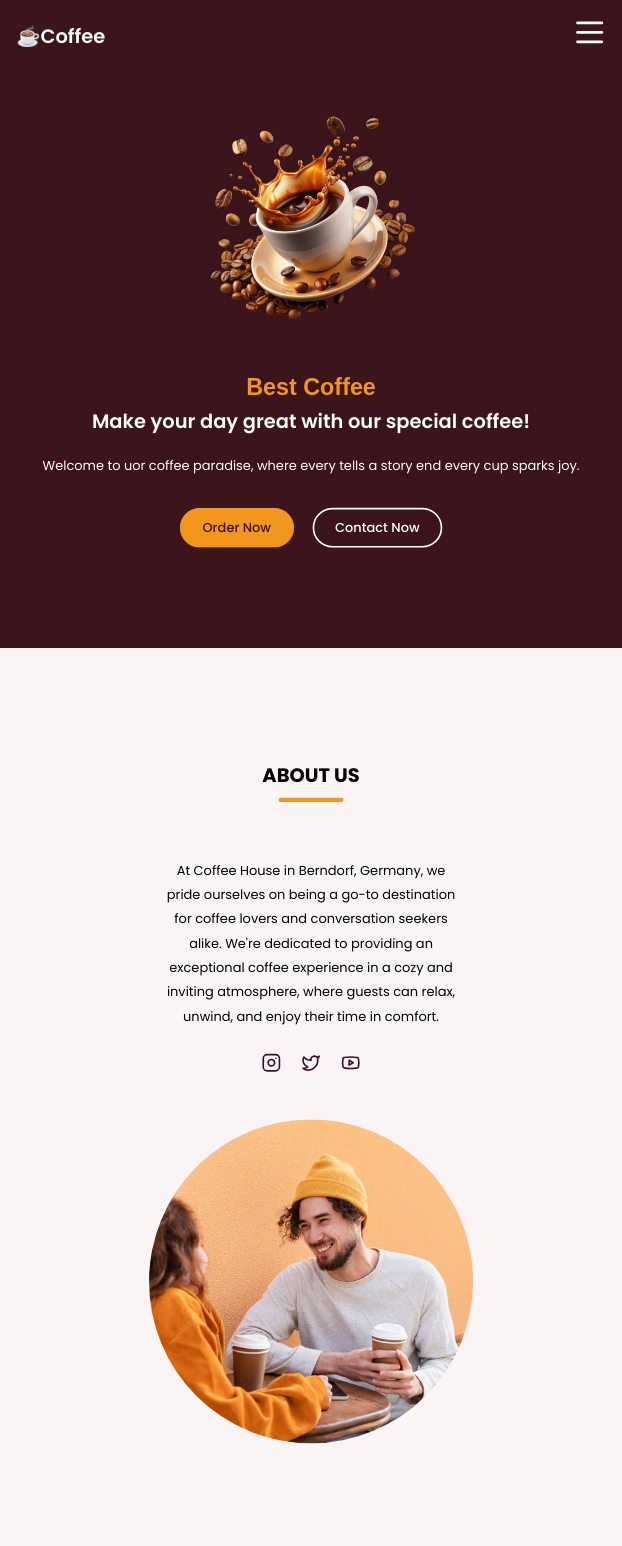
Repository: guilhermecardoso93/coffe-site-vite
Page: /
An editor plug-in stored every save of this project. The page is shown before and after the next save, followed by the edit.
The browser window is 768 px wide. The pictures show the whole page, at 81% of full size.
Some web fonts or font styles are not loaded; a fallback is used. The project was rebuilt for these pictures with package versions that can differ from the ones it lists, and the page was loaded fresh each time. Also part of the build but not shown: vite.config.js.

Above is the page before, as saved 2024-11-20 12:40:47.

### index.html
<!doctype html>
<html lang="en">

<head>
    <meta charset="UTF-8" />
    <link rel="icon" type="image/svg+xml" href="/vite.svg" />
    <link rel="preconnect" href="https://fonts.googleapis.com">
    <link rel="preconnect" href="https://fonts.gstatic.com" crossorigin>
    <link href="https://fonts.googleapis.com/css2?family=Miniver&family=Poppins:ital,wght@0,100;0,200;0,300;0,400;0,500;0,600;0,700;0,800;0,900;1,100;1,200;1,300;1,400;1,500;1,600;1,700;1,800;1,900&display=swap" rel="stylesheet">
    <meta name="viewport" content="width=device-width, initial-scale=1.0" />
    <title>Coffee WebSite</title>
</head>

<body>
    <div id="root"></div>
    <script type="module" src="/src/main.jsx"></script>
</body>

</html>

### src/main.jsx
import { StrictMode } from "react";
import { createRoot } from "react-dom/client";
import { App } from "./App.jsx";

import "./index.css";

createRoot(document.getElementById("root")).render(
  <StrictMode>
    <App />
  </StrictMode>
);

### src/App.jsx
import { Navbar } from "./components/Navbar";
import { Hero } from "./components/Hero";
import { About } from "./components/About";

export function App() {
  return (
    <>
      <Navbar />
      <Hero />
      <About />
    </>
  );
}

### src/index.css
:root {
  font-synthesis: none;
  text-rendering: optimizeLegibility;
  -webkit-font-smoothing: antialiased;
  -moz-osx-font-smoothing: grayscale;

  --white-color: #fff;
  --dark-color: #252525;
  --primary-color: #3b141c;
  --secondary-color: #f3961c;
  --light-pink-color: #faf4f5;
  --medium-gray-color: #ccc;

  --font-size-s: 0.9rem;
  --font-size-n: 1rem;
  --font-size-m: 1.12rem;
  --font-size-l: 1.5rem;
  --font-size-xl: 2rem;
  --font-size-xxl: 2.3rem;

  --font-weight-normal: 400;
  --font-weight-medium: 500;
  --font-weight-semibold: 600;
  --font-weight-bold: 700;

  --border-radius-s: 8px;
  --border-radius-m: 30px;
  --border-radius-circle: 50%;

  --site-max-width: 1300px;
}

* {
  padding: 0;
  margin: 0;
  box-sizing: border-box;
  font-family: "Poppins", sans-serif;
}

ul {
  list-style: none;
}

a {
  text-decoration: none;
}

button {
  cursor: pointer;
  border: none;
  background-color: none;
}

img {
  width: 100%;
}

.section-content {
  margin: 0 auto;
  padding: 0 20px;
  max-width: var(--site-max-width);
}

.section-title {
  text-align: center;
  padding: 20px 0;
  text-transform: uppercase;
  font-size: var(--font-size-xl);
}

.section-title::after {
  content: '';
  width: 80px;
  height: 5px;
  display: block;
  margin: 10px auto 0;
  border-radius: var(--border-radius-s);
  background-color: var(--secondary-color);
}


@media screen and (max-width: 900px) {
  :root {
    --font-size-s: 0.9rem;
    --font-size-n: 1rem;
    --font-size-m: 1rem;
    --font-size-l: 1.3rem;
    --font-size-xl: 1.5rem;
    --font-size-xxl: 1.8rem;
  }
}

### src/components/Navbar/index.jsx
import { useState } from "react";
import { AlignJustify, X } from "lucide-react";
import "./styles.css";

export function Navbar() {
  // Estado para controlar a visibilidade do menu
  const [isMobileMenuOpen, setMobileMenuOpen] = useState(false);

  // Alternar o estado do menu
  const toggleMobileMenu = () => {
    setMobileMenuOpen((prevState) => !prevState);
    document.body.classList.toggle("show-mobile-menu", !isMobileMenuOpen); // Para adicionar/remover a classe no body
  };

  return (
    <header>
      <nav className="navbar section-content">
        <a href="/" className="nav-logo">
          <h2 className="logo-text">☕Coffee</h2>
        </a>
        {/* Menu com classe condicional */}
        <ul className={`nav-menu ${isMobileMenuOpen ? "show-mobile-menu" : ""}`}>
          <button id="menu-close-button" onClick={toggleMobileMenu}>
            <X color="black" size={40} />
          </button>
          <li className="nav-item">
            <a href="/" className="nav-link">
              Home
            </a>
          </li>
          <li className="nav-item">
            <a href="/about" className="nav-link">
              About
            </a>
          </li>
          <li className="nav-item">
            <a href="/menu" className="nav-link">
              Menu
            </a>
          </li>
          <li className="nav-item">
            <a href="/gallery" className="nav-link">
              Gallery
            </a>
          </li>
          <li className="nav-item">
            <a href="/contact" className="nav-link">
              Contact
            </a>
          </li>
        </ul>
        {/* Botão para abrir o menu */}
        <button id="menu-open-button" onClick={toggleMobileMenu}>
          <AlignJustify color="white" size={40} />
        </button>
      </nav>
    </header>
  );
}

### src/components/Hero/index.jsx
import heroImg from "../../assets/images/coffee-hero-section.png";
import "./styles.css";

export function Hero() {
  return (
    <main>
      <section className="hero-section">
        <div className="section-content-hero">
          <div className="hero-details">
            <h2 className="title">Best Coffee</h2>
            <h3 className="subtitle">
              Make your day great with our special coffee!
            </h3>
            <p className="description">
              Welcome to uor coffee paradise, where every tells a story end
              every cup sparks joy.
            </p>
            <div className="buttons">
              <a href="#" className="button order-now">
                {" "}
                Order Now
              </a>
              <a href="#" className="button contact-us">
                {" "}
                Contact Now
              </a>
            </div>
          </div>
          <div className="hero-image-wrapper">
            <img src={heroImg} alt="" className="hero-image" />
          </div>
        </div>
      </section>
    </main>
  );
}

### src/components/About/index.jsx
import { Instagram, Twitter, Youtube } from "lucide-react";
import AboutImg from "../../assets/images/about-image.jpg";
import "./styles.css";
export function About() {
  return (
    <section className="about-section" id="about">
      <div className="section-content">
        <div className="about-image-wrapper">
          <img src={AboutImg} alt="" className="about-image" />
        </div>
        <div className="about-details">
          <h2 className="section-title">About Us</h2>
          <p>
            At Coffee House in Berndorf, Germany, we pride ourselves on being a
            go-to destination for coffee lovers and conversation seekers alike.
            We're dedicated to providing an exceptional coffee experience in a
            cozy and inviting atmosphere, where guests can relax, unwind, and
            enjoy their time in comfort.
          </p>
          <div className="social-link-list">
            <a href="" className="social-link">
              <Instagram />
            </a>
            <a href="" className="social-link">
              <Twitter />
            </a>
            <a href="" className="social-link">
              <Youtube />
            </a>
          </div>
        </div>
      </div>
    </section>
  );
}

### src/components/Navbar/styles.css
header {
  position: fixed;
  width: 100%;
  z-index: 5;
  background-color: var(--primary-color);
}

header .navbar {
  display: flex;
  align-items: center;
  justify-content: space-between;
  padding: 20px;
}

.navbar .nav-logo .logo-text {
  color: var(--white-color);
  font-size: var(--font-size-xl);
  font-weight: var(--font-weight-semibold);
}

/* Menu principal */
.navbar .nav-menu {
  display: flex;
  gap: 10px;
  transition: transform 0.3s ease;
}

body.show-mobile-menu .nav-menu {
  transform: translateX(0);
}


.navbar .nav-menu.open {
  transform: translateX(0);
}

.navbar .nav-menu.closed {
  transform: translateX(-100%);
}

/* Botões de controle */
#menu-close-button,
#menu-open-button {
  display: none;
}

#menu-close-button,
#menu-open-button {
  cursor: pointer;
}

#menu-close-button {
  position: absolute;
  right: 30px;
  top: 30px;
}

/* Links do menu */
.navbar .nav-menu .nav-item {
  text-align: center;
  color: var(--white-color);
  padding: 10px 18px;
  border-radius: var(--border-radius-m);
  font-size: var(--font-size-m);
  transition: 0.3s ease;
}

.navbar .nav-menu .nav-item a {
  color: var(--white-color);
}

.navbar .nav-menu .nav-item:hover {
  color: var(--primary-color);
  background-color: var(--secondary-color);
}

/* Estilos responsivos */
@media screen and (max-width: 900px) {

  #menu-close-button,
  #menu-open-button {
    display: block;
    font-size: var(--font-size-l);
    background: none;
  }

  .navbar .nav-menu {
    flex-direction: column;
    position: fixed;
    top: 0;
    left: 0;
    width: 300px;
    height: 100%;
    padding-top: 100px;
    background: var(--white-color);
    transform: translateX(-100%);
  }

  .navbar .nav-menu .nav-item a {
    color: var(--dark-color);
  }


  .nav-menu .nav-item {
    margin-bottom: 2rem;
    background: none;
  }

  .navbar .nav-menu.open {
    transform: translateX(0);
  }

  .navbar .nav-menu .nav-link {
    margin-top: 17px;
    color: var(--dark-color);
    font-size: var(--font-size-l);
    gap: 1rem;
  }
}

### src/components/Hero/styles.css
.hero-section {
  min-height: 100vh;
  background-color: var(--primary-color);
}

.hero-section .section-content-hero {
  display: flex;
  align-items: center;
  min-height: 100vh;
  color: var(--white-color);
  justify-content: space-between;
  padding-top: 5rem;
  margin: 0 auto;
  padding: 0 20px;
  max-width: var(--site-max-width);
}

.hero-section .hero-details .title {
  font-size: var(--font-size-xxl);
  color: var(--secondary-color);
  font-weight: var(--font-weight-bold);
  font-family: "Miniver", sans-serif;
}

.hero-section .hero-details .subtitle {
  font-size: var(--font-size-xl);
  margin-top: 8px;
  max-width: 70%;
  font-weight: var(--font-weight-semibold);
}

.hero-section .hero-details .description {
  max-width: 70%;
  margin: 24px 0 40px;
  font-size: var(--font-size-m);
}

.hero-section .buttons {
  display: flex;
  gap: 23px;
}

.hero-section .hero-details .button {
  display: flex;
  align-items: center;
  text-align: center;
  padding: 10px 26px;
  color: var(--primary-color);
  border: 2px solid transparent;
  border-radius: var(--border-radius-m);
  background-color: var(--secondary-color);
  font-weight: var(--font-weight-medium);
  transition: 0.3s ease;
}

.hero-section .hero-details .button:hover,
.hero-section .hero-details .contact-us {
  color: var(--white-color);
  border-color: var(--white-color);
  background: transparent;
}

.hero-section .hero-details .contact-us:hover {
  color: var(--primary-color);
  border-color: var(--secondary-color);
  background-color: var(--secondary-color);
}

.hero-mage-wrapper {
  max-width: 500px;
  margin-right: 30px;
}

@media screen and (max-width: 900px) {
  .hero-section .section-content-hero {
    flex-direction: column-reverse;
    justify-content: center;
    gap: 50px;
    padding: 30px 20px 20px;
  }

  .hero-section .hero-image-wrapper {
    max-width: 270px;
    margin-right: 0;
  }

  .hero-section .hero-details :is(.subtitle, .description) {
    max-width: 100%;
  }

  .hero-section .hero-details .buttons {
    justify-content: center;
  }

  .hero-details {
    display: flex;
    flex-direction: column;
    align-items: center;
    justify-content: center;
  }
}

### src/components/About/styles.css
.about-section {
  padding: 120px 0;
  background-color: var(--light-pink-color);
}

.about-section .section-content {
  display: flex;
  align-items: center;
  justify-content: space-between;
  gap: 50px;
}

.about-section .about-details {
  max-width: 50%;
}

.about-section .about-image-wrapper .about-image {
  width: 400px;
  height: 400px;
  object-fit: cover;
  border-radius: var(--border-radius-circle);
}

.about-section .about-details .section-details {
  padding: 0;
}

.about-section .about-details p {
  line-height: 30px;
  margin: 50px 0 30px;
  text-align: center;
  font-size: var(--font-size-m);
}

.about-section .social-link-list {
  display: flex;
  gap: 25px;
  justify-content: center;
}

.about-section .social-link-list .social-link {
  color: var(--primary-color);
  font-size: var(--font-size-l);
  transition: 0.2s ease;
}

.about-section .social-link-list .social-link:hover {
  color: var(--secondary-color);

}

@media screen and (max-width: 900px) {
.about-section .section-content {
  flex-direction: column-reverse;
}}

After the next save:
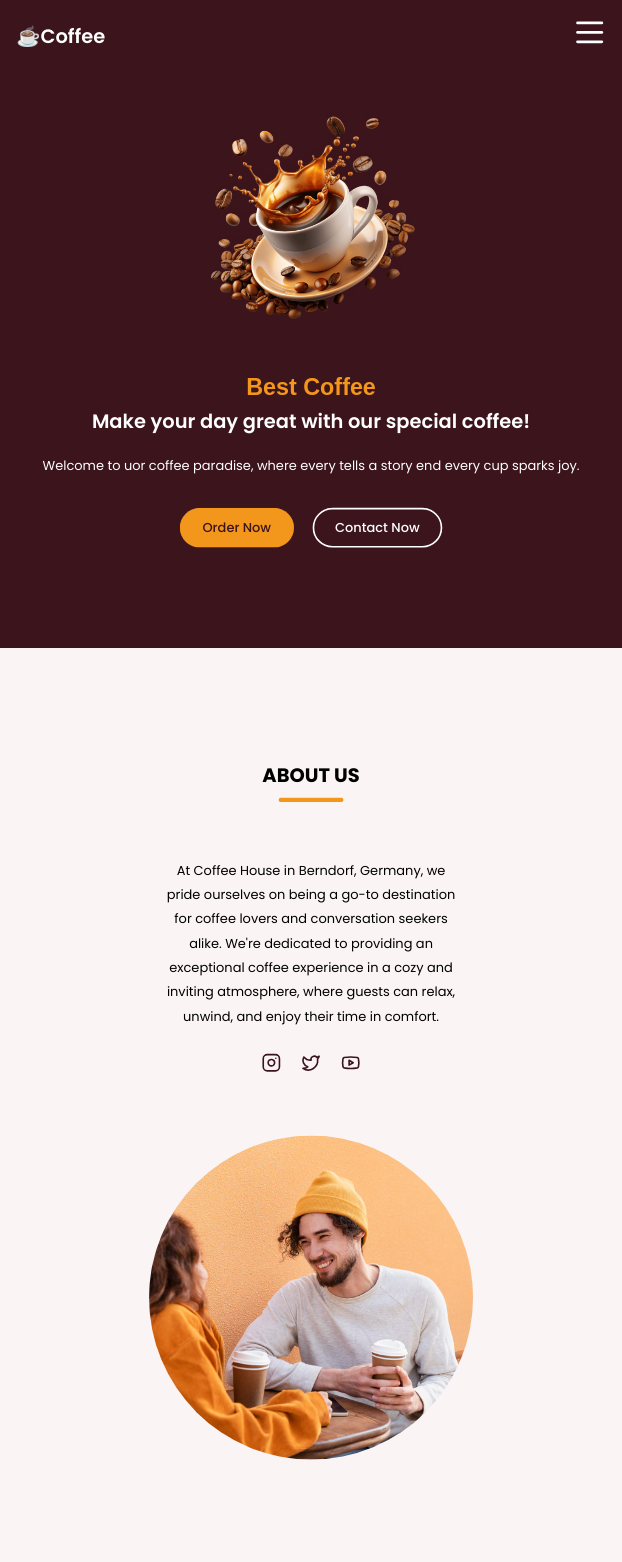
Saved 10 s later.
--- a/src/components/About/styles.css
+++ b/src/components/About/styles.css
@@ -50,6 +50,8 @@
 }
 
 @media screen and (max-width: 900px) {
-.about-section .section-content {
-  flex-direction: column-reverse;
-}}
+  .about-section .section-content {
+    flex-direction: column-reverse;
+    gap: 70px;
+  }
+}
